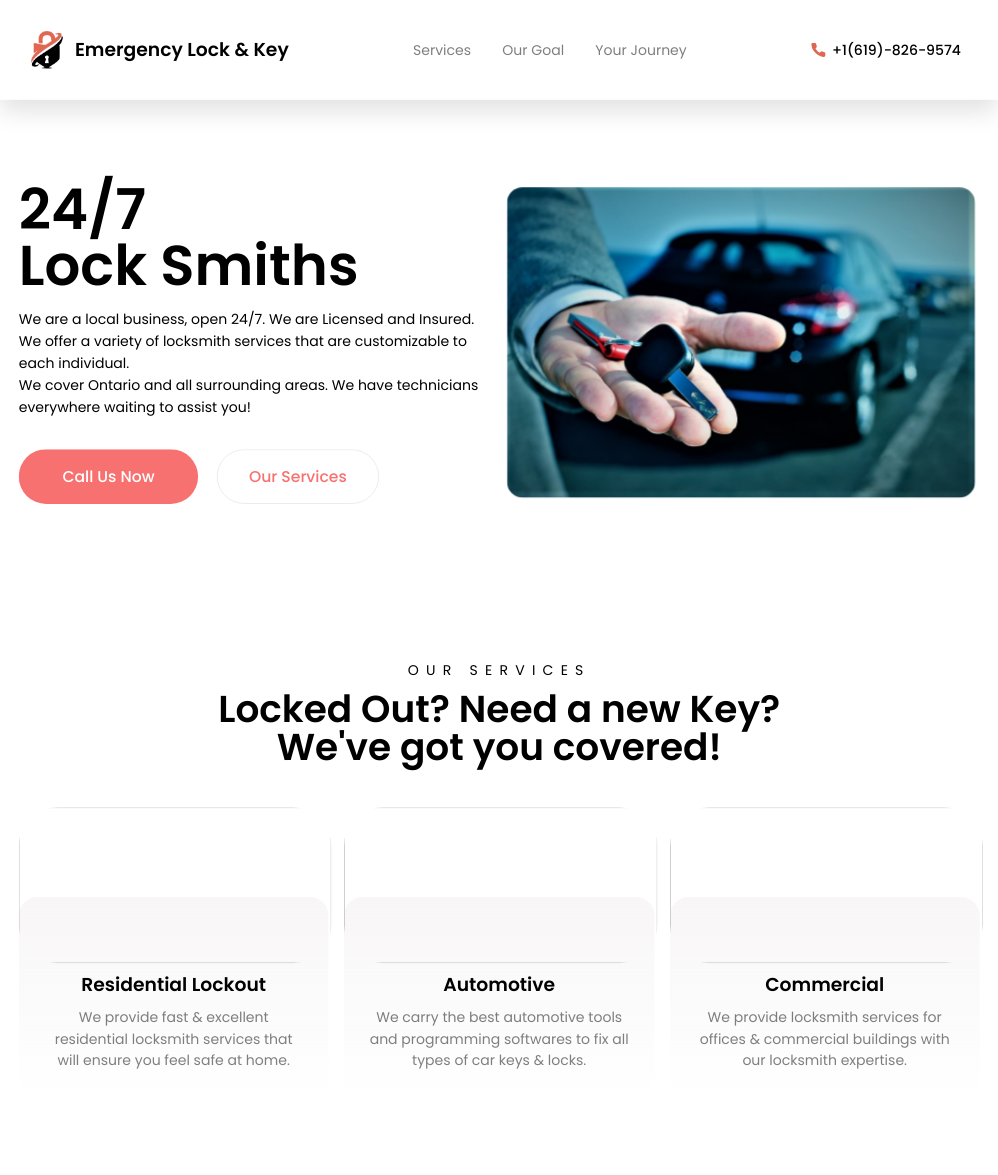
Repository: aya7abbal/locksprollc
Page: /
These files come from the project's save history. The page is drawn as it stood at one moment and after the next save; the edit follows.
The browser window is 1280 px wide. The pictures show the whole page, at 78% of full size.
Some web fonts or font styles are not loaded; a fallback is used. The project was rebuilt for these pictures with package versions that can differ from the ones it lists, and the page was loaded fresh each time. Also part of the build but not shown: vite.config.js.

Above is the page before, as saved 2024-04-03 01:09:14.

After the next save:
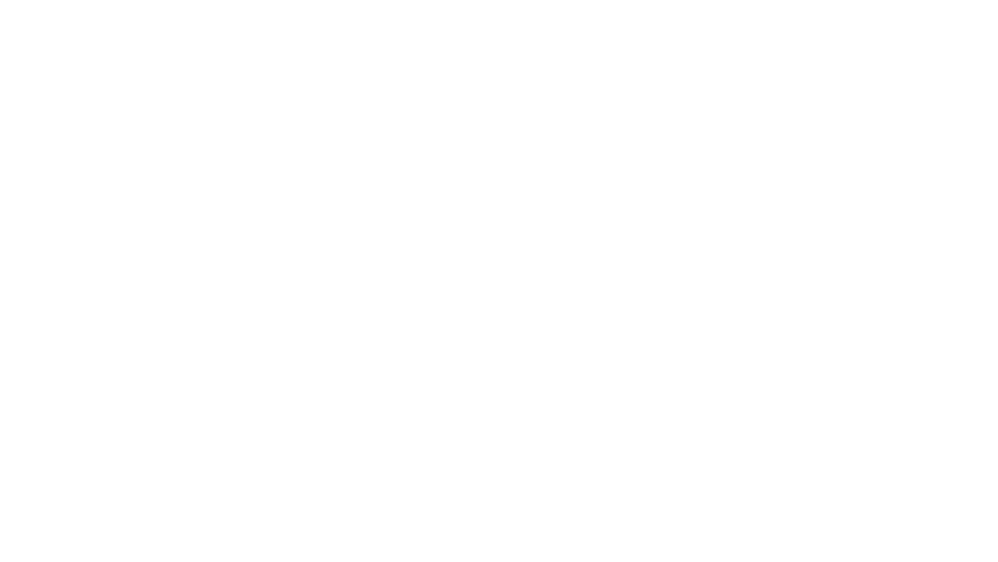
Console error: ReferenceError: items is not defined
Saved 2 min 37 s later.
--- a/src/Components/2.Services/Index.tsx
+++ b/src/Components/2.Services/Index.tsx
@@ -49,13 +49,14 @@
                     </Fade>
                 </div>
 
-
+{    console.log(items.imgSrc)
+}
                 <div className='grid sm:grid-cols-1 lg:grid-cols-3 gap-y-20  gap-x-5 mt-32 pt-5 service-container'>
                     <Fade direction={'up'} delay={1000} cascade damping={1e-1} triggerOnce={true}>
                         {cardData.map((items, i) => (
                             <div className='card-b p-8 relative rounded-3xl my-5' key={i}>
                                 <div className='work-img-bg rounded-full grid sm:grid-cols-1 absolute top-[-50%] sm:top-[-50%]  md:top-[-55%] lg:top-[-45%] left-[0%] sm:right-[-1%]'>
-                                    <img src={items.imgSrc.src} alt={items.imgSrc.src} width={500} height={500} style={{borderRadius:"50px", width:"500px", height:"200px", margin:"auto"}}/>
+                                    <img src={items.imgSrc} alt={items.imgSrc.src} width={500} height={500} style={{borderRadius:"50px", width:"500px", height:"200px", margin:"auto"}}/>
                                 </div>
                                 <h3 className='text-2xl text-black font-semibold text-center mt-16 '>{items.heading}</h3>
                                 <p className='text-lg font-normal pt-3 text-black text-center text-opacity-50'>{items.subheading}</p>

After the 5 saves that followed:
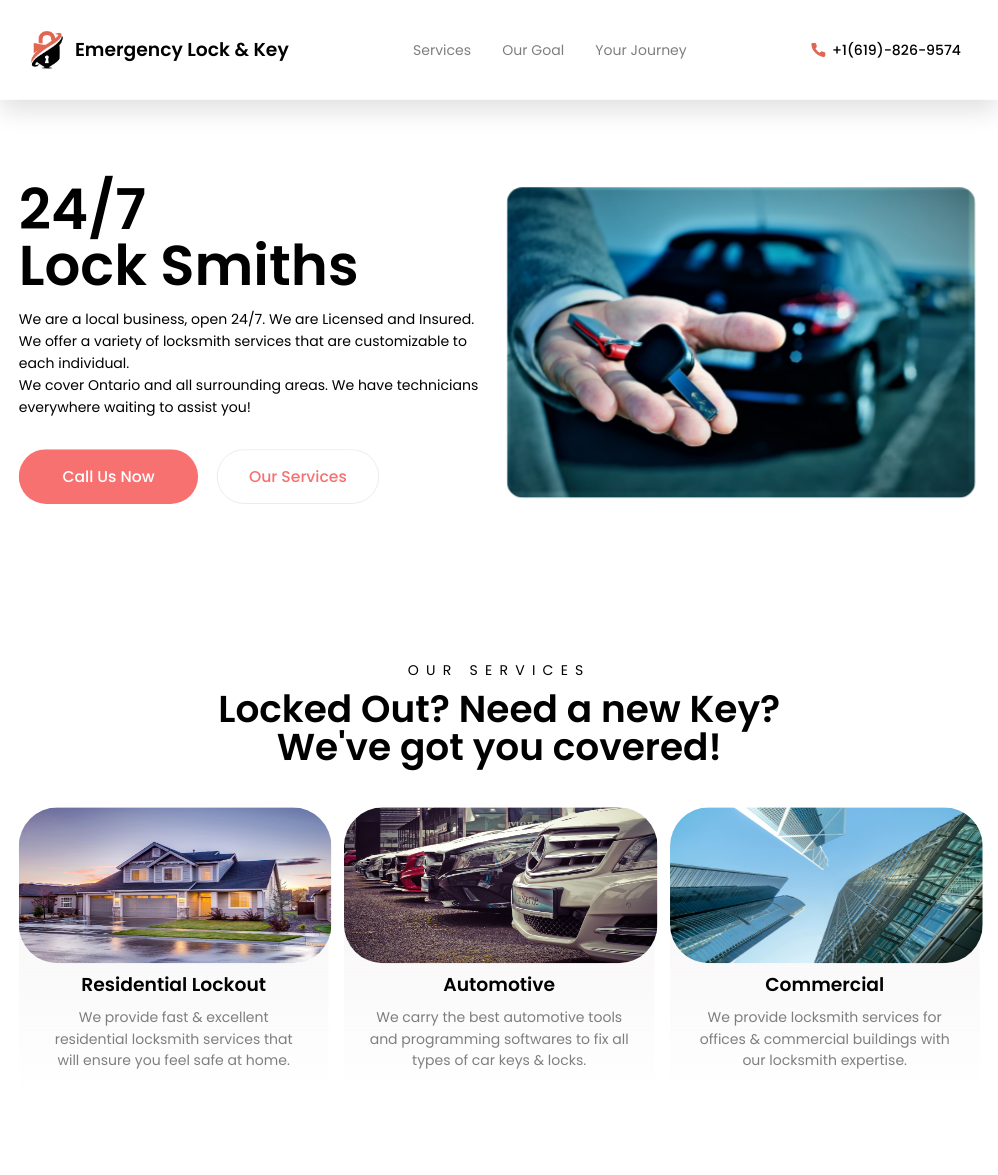
The error is gone.
The 5 saves are shown as one change because 4 did not build or start.
The last was saved 2 min 51 s later.
--- a/src/Components/2.Services/Index.tsx
+++ b/src/Components/2.Services/Index.tsx
@@ -3,6 +3,8 @@
 // import { ChevronRightIcon } from '@heroicons/react/24/outline';
 import { Fade } from "react-awesome-reveal";
 import Residential from '../../assets/Images/Services/featureOne.jpg'
+import Automotive from '../../assets/Images/Services/featureTwo.jpg'
+import Commercial from '../../assets/Images/Services/featureThree.jpg'
 
 
 interface cardDataType {
@@ -20,13 +22,13 @@
         link: 'Learn more'
     },
     {
-        imgSrc: '/images/Services/featureTwo.jpg',
+        imgSrc: Automotive,
         heading: "Automotive",
         subheading: "We carry the best automotive tools and programming softwares to fix all types of car keys & locks.",
         link: 'Learn more'
     },
     {
-        imgSrc: '/images/Services/featureThree.jpg',
+        imgSrc: Commercial,
         heading: "Commercial",
         subheading: "We provide locksmith services for offices & commercial buildings with our locksmith expertise.",
         link: 'Learn more'
@@ -49,11 +51,11 @@
                     </Fade>
                 </div>
 
-{    console.log(items.imgSrc)
-}
+
                 <div className='grid sm:grid-cols-1 lg:grid-cols-3 gap-y-20  gap-x-5 mt-32 pt-5 service-container'>
                     <Fade direction={'up'} delay={1000} cascade damping={1e-1} triggerOnce={true}>
                         {cardData.map((items, i) => (
+
                             <div className='card-b p-8 relative rounded-3xl my-5' key={i}>
                                 <div className='work-img-bg rounded-full grid sm:grid-cols-1 absolute top-[-50%] sm:top-[-50%]  md:top-[-55%] lg:top-[-45%] left-[0%] sm:right-[-1%]'>
                                     <img src={items.imgSrc} alt={items.imgSrc.src} width={500} height={500} style={{borderRadius:"50px", width:"500px", height:"200px", margin:"auto"}}/>
